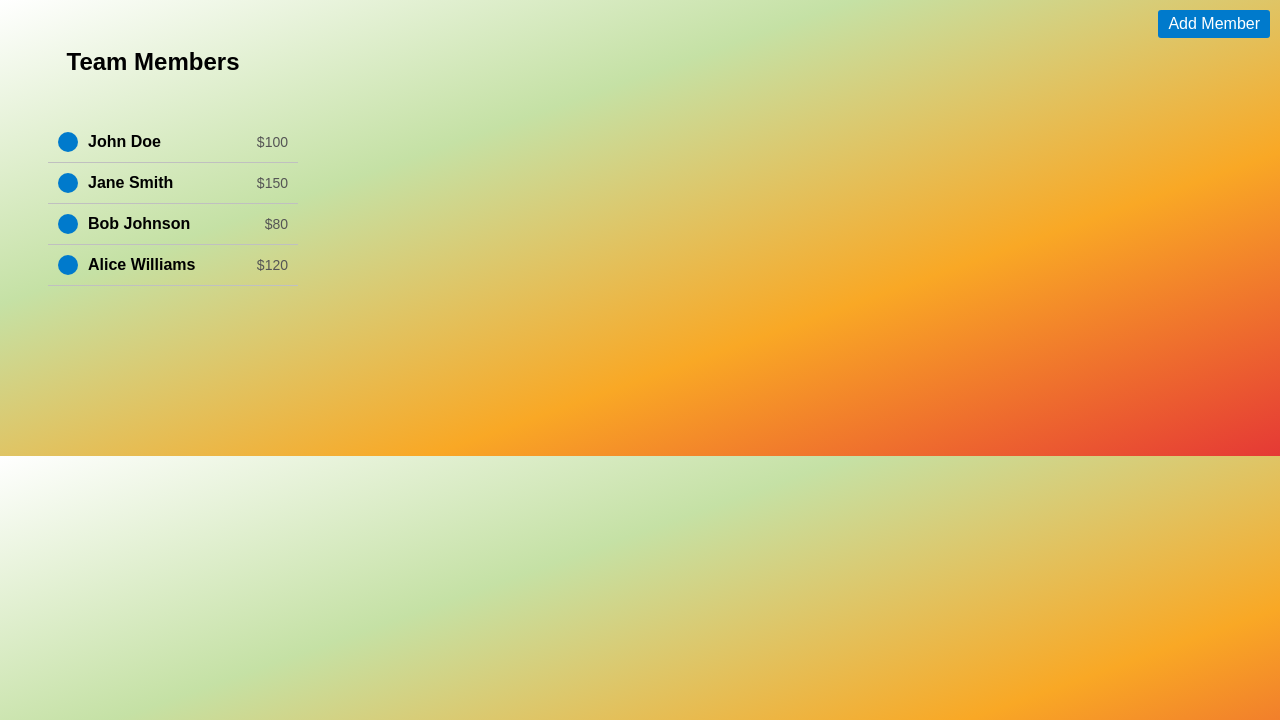
Repository: alexanderneal/meetingApp
Page: meetingApp copia/popup.html
An editor plug-in stored every save of this project. The page is shown before and after the next save, followed by the edit.
The browser window is 1280 px wide. The pictures show the whole page.

Above is the page before, as saved 2023-04-21 11:13:14.

### meetingApp copia/popup.html
<!DOCTYPE html>
<html lang="en">
  <head>
    <meta charset="UTF-8" />
    <meta name="viewport" content="width=device-width, initial-scale=1.0" />
    <title>Add Member Popup</title>
    <link rel="stylesheet" href="popup.css" />
  </head>
  <body style="background: linear-gradient(to bottom right, white, #c5e1a5, #f9a825, #e53935);">
    <div class="popup-container">
      <button id="add-member-btn">Add Member</button>
      <h1 id="title">Team Members</h1>
      <ul id="members-list">
        <li class="member">
          <div class="member-icon"></div>
          <div class="member-name">John Doe</div>
          <div class="member-cost">$100</div>
        </li>
        <li class="member">
          <div class="member-icon"></div>
          <div class="member-name">Jane Smith</div>
          <div class="member-cost">$150</div>
        </li>
        <li class="member">
          <div class="member-icon"></div>
          <div class="member-name">Bob Johnson</div>
          <div class="member-cost">$80</div>
        </li>
        <li class="member">
          <div class="member-icon"></div>
          <div class="member-name">Alice Williams</div>
          <div class="member-cost">$120</div>
        </li>
      </ul>
    </div>
    <script src="popup.js"></script>
  </body>
</html>

### meetingApp copia/popup.css
.popup-container {
    width: 250px;
    height: 400px;
    padding: 20px;
    display: flex;
    flex-direction: column;
    justify-content: center;
    align-items: center;

    body {
        background-color: white;
        background-image: linear-gradient(
          45deg,
          rgba(255, 0, 0, 0.3) 25%,
          transparent 25%,
          transparent 50%,
          rgba(255, 255, 0, 0.3) 50%,
          rgba(255, 255, 0, 0.3) 75%,
          transparent 75%,
          transparent
        );
        background-size: 20px 20px;
        background-repeat: repeat;
      }
    border-radius: 10px;
  }

  #add-member-btn {
    position: absolute;
    top: 10px;
    right: 10px;
    padding: 5px 10px;
    background-color: #007acc;
    color: white;
    border: none;
    border-radius: 3px;
    font-size: 16px;
    cursor: pointer;
  }

  #title {
    font-family: 'SF Pro', sans-serif;
    font-size: 24px;
    font-weight: bold;
    text-align: center;
    margin-top: 20px;
    margin-bottom: 30px;
  }

  #members-list {
    width: 100%;
    height: 100%;
    overflow-y: auto;
  }

  .member {
    display: flex;
    align-items: center;
    padding: 10px;
    border-bottom: 1px solid #c0c0c0;
  }

  .member-icon {
    width: 20px;
    height: 20px;
    background-color: #007acc;
    border-radius: 50%;
    margin-right: 10px;
  }

  .member-name {
    flex: 1;
    font-family: 'SF Pro', sans-serif;
    font-size: 16px;
    font-weight: bold;
  }

  .member-cost {
    font-family: 'SF Pro', sans-serif;
    font-size: 14px;
    color: #555;
  }

### meetingApp copia/popup.js
// Code for the popup window
// In popup.js

const membersList = document.getElementById("members-list");
const addMemberBtn = document.getElementById("add-member-btn");

let members = [];

addMemberBtn.addEventListener("click", () => {
  const name = prompt("Enter member name:");
  const salary = parseInt(prompt("Enter member salary:"));
  const costPerHour = salary / 52 / 40;

  const member = {
    name: name,
    salary: salary,
    costPerHour: costPerHour,
  };

  members.push(member);
  renderMembersList();
});

function renderMembersList() {
  membersList.innerHTML = "";

  members.forEach((member) => {
    const memberEl = document.createElement("div");
    memberEl.classList.add("member");
    memberEl.innerHTML = `
      <div class="member-icon"></div>
      <div class="member-name">${member.name}</div>
      <div class="member-cost">$${member.costPerHour.toFixed(2)} / hr</div>
    `;
    membersList.appendChild(memberEl);
  });
}

After the next save:
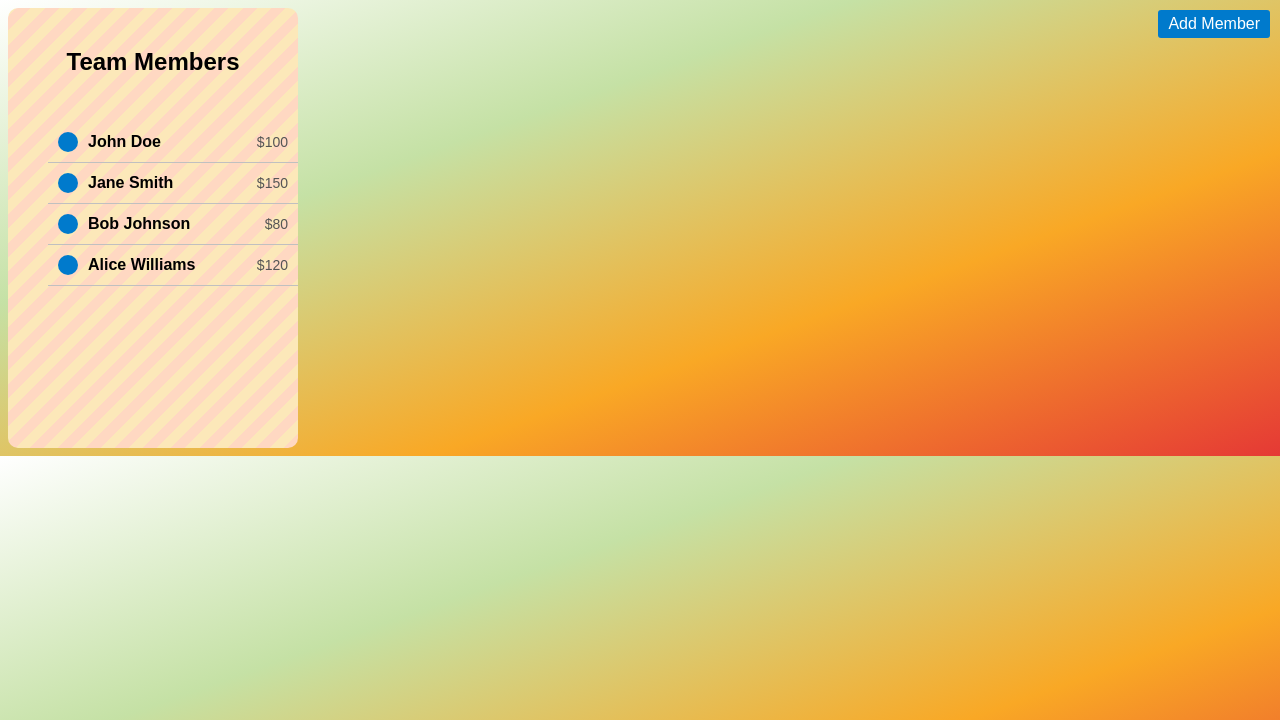
Saved 85 s later.
--- a/meetingApp copia/popup.css
+++ b/meetingApp copia/popup.css
@@ -7,21 +7,13 @@
     justify-content: center;
     align-items: center;
 
-    body {
-        background-color: white;
-        background-image: linear-gradient(
-          45deg,
-          rgba(255, 0, 0, 0.3) 25%,
-          transparent 25%,
-          transparent 50%,
-          rgba(255, 255, 0, 0.3) 50%,
-          rgba(255, 255, 0, 0.3) 75%,
-          transparent 75%,
-          transparent
-        );
-        background-size: 20px 20px;
-        background-repeat: repeat;
-      }
+    background: repeating-linear-gradient(
+    -45deg,
+    #ffd8c2,
+    #ffd8c2 10px,
+    #fce8b9 10px,
+    #fce8b9 20px
+  );
     border-radius: 10px;
   }
 
